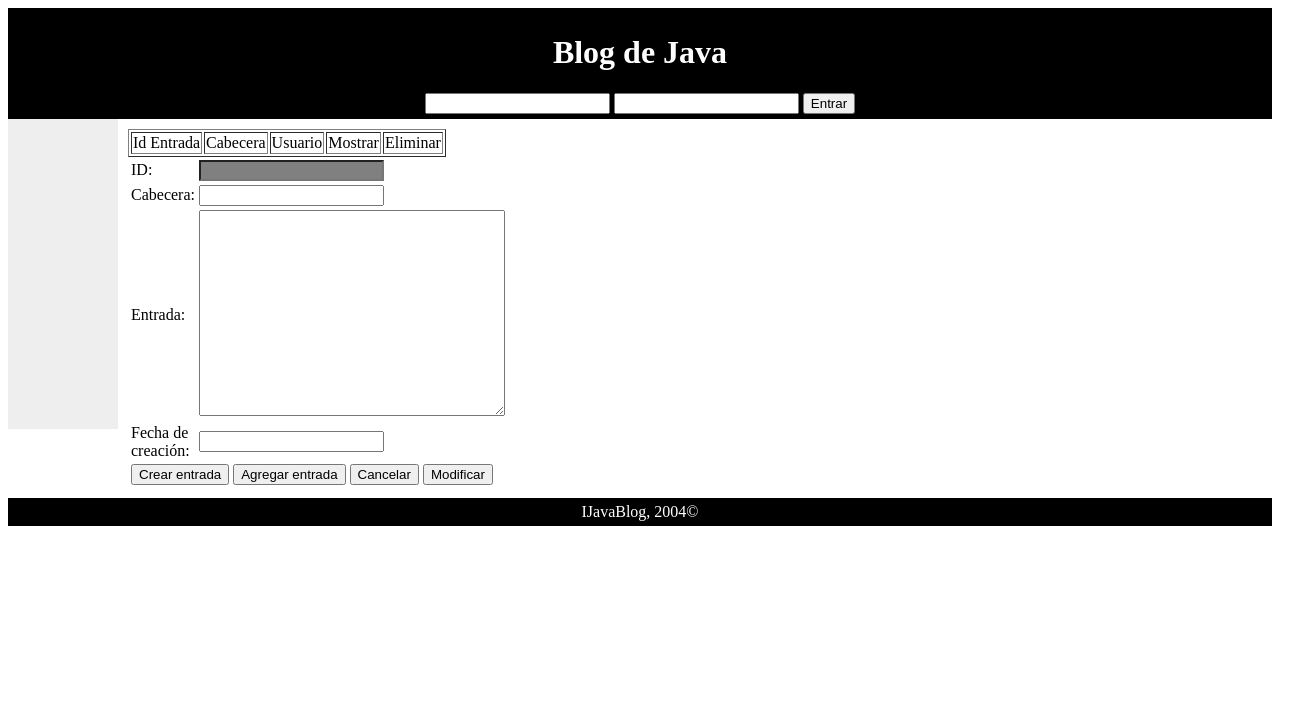
Repository: alruis/IJavaDreamBlog
Page: http://localhost/IJavaBlog/jsp/blog/inicio.jsp
An editor plug-in stored every save of this project. The page is shown before and after the next save, followed by the edit.
The browser window is 1280 px wide. The page is 1280 px wide, then 1292 px, so the pictures cover 1292 px, including what lies to the right of the window. The pictures show the whole page.
The page is served by Tomcat 9. Nobody is signed in. The application's start-up code is not run. The template is opened directly, without the code that normally fills it, so the values that code supplies are empty.

Above is the page before, as saved 2014-09-25 07:56:52.
Console error: ReferenceError: init is not defined

After the next save:
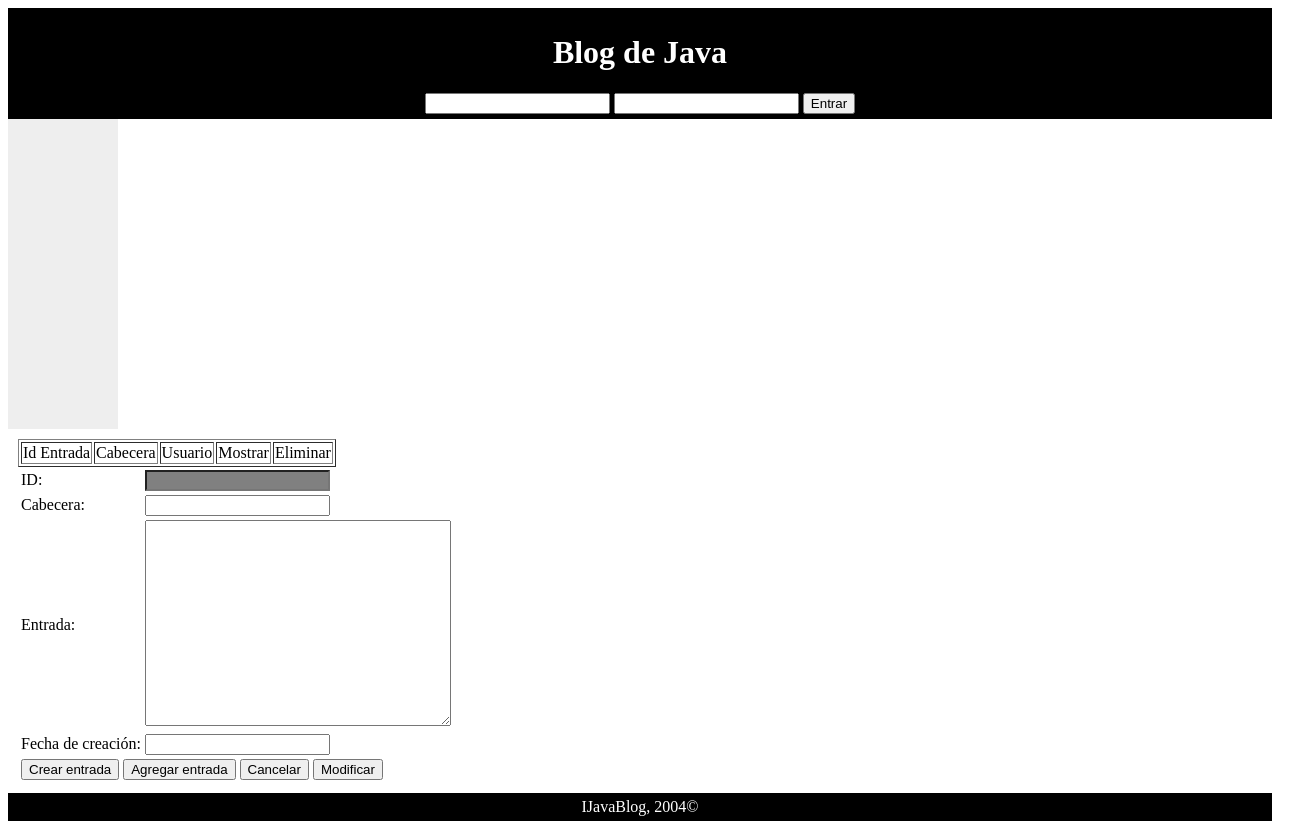
Saved 49 s later.
--- a/IJavaBlog/WebContent/jsp/blog/inicio.jsp
+++ b/IJavaBlog/WebContent/jsp/blog/inicio.jsp
@@ -31,7 +31,7 @@
 
 	}
 	div.entradas{
-	width:350px;
+	width:100%;
     float:left;
     padding:10px;
 
